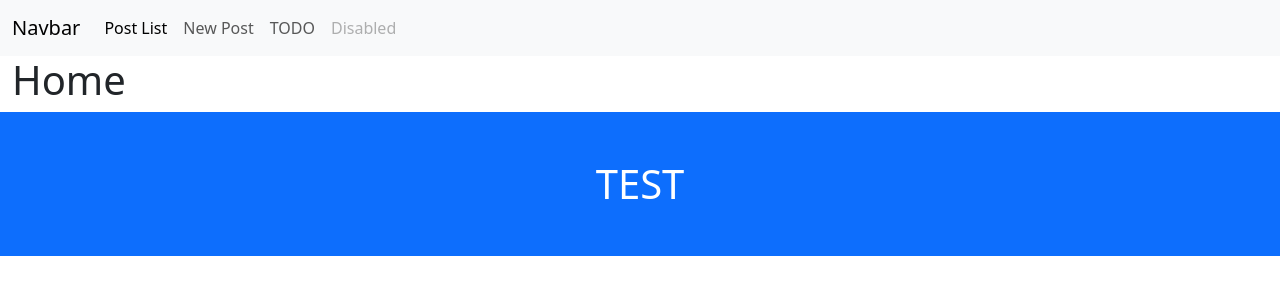
Repository: ldj0905/javaproject
Page: http://localhost/lab05_jsp/
The author's editor kept a copy of each file at every save. The page is drawn from the files as they stood at one save, then again after the next save.
The browser window is 1280 px wide. The pictures show the whole page.
The page is served by Tomcat 10. Other server files are loaded and not shown.

Above is the page before, as saved 2024-05-28 06:06:52.

### lab05_jsp/src/main/webapp/WEB-INF/views/home.jsp
<%@ page language="java" contentType="text/html; charset=UTF-8"
    pageEncoding="UTF-8" trimDirectiveWhitespaces="true"%>
<%@ taglib prefix="c" uri="jakarta.tags.core"%>
<!DOCTYPE html>
<html>
<head>
<meta charset="UTF-8">
<meta name="viewport" content="width=device-width, initial-scale=1">
<title>Insert title here</title>
<link
    href="https://cdn.jsdelivr.net/npm/bootstrap@5.3.3/dist/css/bootstrap.min.css"
    rel="stylesheet"
    integrity="sha384-QWTKZyjpPEjISv5WaRU9OFeRpok6YctnYmDr5pNlyT2bRjXh0JMhjY6hW+ALEwIH"
    crossorigin="anonymous">

<nav class="navbar navbar-expand-lg bg-body-tertiary">
    <div class="container-fluid">
        <a class="navbar-brand" href="#">Navbar</a>
        <button class="navbar-toggler" type="button"
            data-bs-toggle="collapse" data-bs-target="#navbarNav"
            aria-controls="navbarNav" aria-expanded="false"
            aria-label="Toggle navigation">
            <span class="navbar-toggler-icon"></span>
        </button>
        <div class="collapse navbar-collapse" id="navbarNav">
            <ul class="navbar-nav">
                <li class="nav-item"><a class="nav-link active"
                    aria-current="page" href="#">Post List</a></li>
                <li class="nav-item"><a class="nav-link" href="#">New Post</a>
                </li>
                <li class="nav-item"><a class="nav-link" href="#">TODO</a>
                </li>
                <li class="nav-item"><a class="nav-link disabled"
                    aria-disabled="true">Disabled</a></li>
            </ul>
        </div>
    </div>
</nav>
</head>

<body>
    <div class="container-fluid">

        <c:set var = "pageTitle" value = "Home" scope ="page"/>
        <%-- pageContext.setAttribute("pageTitle", "Home"); --%>
        <%@ include file="./fragments/header.jspf"%>
    </div>

    <h1 class="bg-primary mt-2 p-5 text-white text-center">TEST</h1>

    <script
        src="https://cdn.jsdelivr.net/npm/bootstrap@5.3.3/dist/js/bootstrap.bundle.min.js"
        integrity="sha384-YvpcrYf0tY3lHB60NNkmXc5s9fDVZLESaAA55NDzOxhy9GkcIdslK1eN7N6jIeHz"
        crossorigin="anonymous"></script>
</body>
</html>

### lab05_jsp/src/main/webapp/WEB-INF/views/fragments/header.jspf
<%@ page language="java" contentType="text/html; charset=UTF-8"
    pageEncoding="UTF-8"%>
<!DOCTYPE html>
<html>
<head>
    <meta charset="UTF-8">
    <title>Lab05</title>
    <h1>${ pageTitle }</h1>
</head>
<body>

</body>
</html>

### lab05_jsp/src/main/java/com/itwill/lab05/web/FrontController.java
package com.itwill.lab05.web;

import jakarta.servlet.ServletException;
import jakarta.servlet.annotation.WebServlet;
import jakarta.servlet.http.HttpServlet;
import jakarta.servlet.http.HttpServletRequest;
import jakarta.servlet.http.HttpServletResponse;
import java.io.IOException;

import org.slf4j.Logger;
import org.slf4j.LoggerFactory;

/**
 * Servlet implementation class FrontServlet
 */
@WebServlet(name = "frontController", urlPatterns = {""})
//context root(http://localhost:8080/labo5)로 들어오는 요청을 처리하는 서블릿!
public class FrontController extends HttpServlet {
	private static final long serialVersionUID = 1L;
	private static final Logger log = LoggerFactory.getLogger(FrontController.class);
	/**
	 * @see HttpServlet#doGet(HttpServletRequest request, HttpServletResponse response)
	 */
	protected void doGet(HttpServletRequest request, HttpServletResponse response) throws ServletException, IOException {
		System.out.println("FrontController#doGet");
		log.debug("doGet");
		request.getRequestDispatcher("WEB-INF/views/home.jsp").forward(request, response);
	}

}

After the next save:
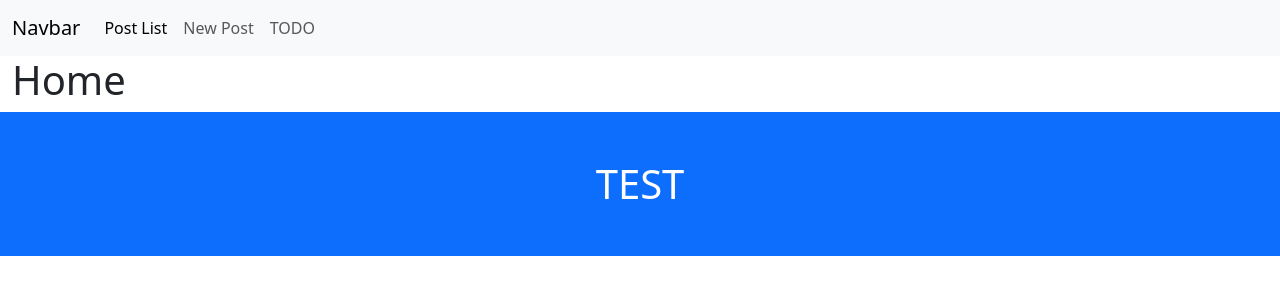
Saved 113 s later.
--- a/lab05_jsp/src/main/webapp/WEB-INF/views/home.jsp
+++ b/lab05_jsp/src/main/webapp/WEB-INF/views/home.jsp
@@ -30,8 +30,6 @@
                 </li>
                 <li class="nav-item"><a class="nav-link" href="#">TODO</a>
                 </li>
-                <li class="nav-item"><a class="nav-link disabled"
-                    aria-disabled="true">Disabled</a></li>
             </ul>
         </div>
     </div>
